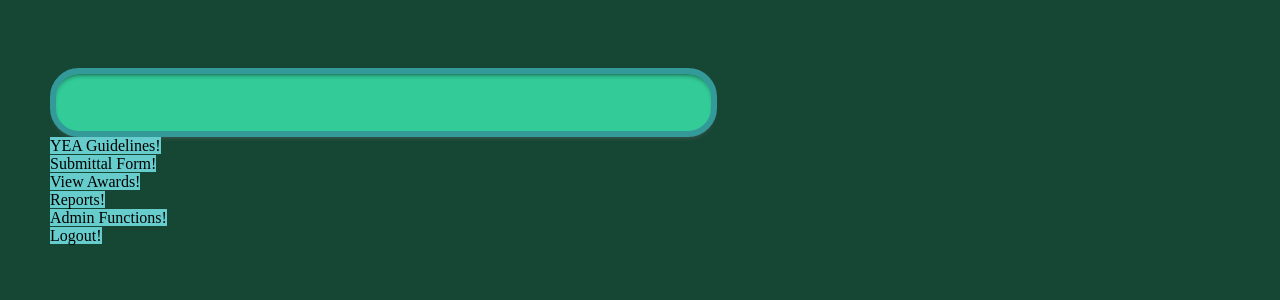
Repository: prajaktamore/Web-Based-Programming-3
Page: http://localhost/BinaryCalculator/entranceAdmin.jsp
An editor plug-in stored every save of this project. The page is shown before and after the next save, followed by the edit.
The browser window is 1280 px wide. The pictures show the whole page.
The page is served by Tomcat 9.

Above is the page before, as saved 2014-05-03 04:42:47.

After the next save:
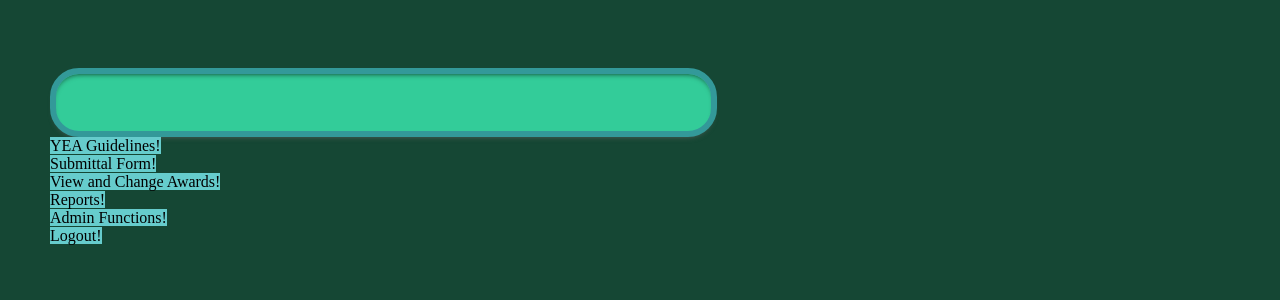
Saved 10 min 21 s later.
--- a/BinaryCalculator/WebContent/entranceAdmin.jsp
+++ b/BinaryCalculator/WebContent/entranceAdmin.jsp
@@ -12,9 +12,10 @@
 <br><input type="text" readonly="readonly" value="${sessionScope.username}" style ="background: #33CC99; height:55px; width: 600px;text-align:right;font-size:35px; border-radius: 2em; border:6px solid #339999;border-radius:29px; color: #fff; padding-left: 1.5em; outline: none; box-shadow: 0 4px 6px -5px hsl(0, 0%, 40%), inset 0px 4px 6px -5px hsl(0, 0%, 2%)">
 <br><a href="/BinaryCalculator/yeaGuidelines.jsp">YEA Guidelines!</a>
 <br><a href="/BinaryCalculator/submittal.jsp">Submittal Form!</a>
-<br><a href="/BinaryCalculator/viewAwards.jsp">View Awards!</a>
+<br><a href="/BinaryCalculator/AdminAwardChange.jsp">View and Change Awards!</a>
 <br><a href="/BinaryCalculator/Reports.jsp">Reports!</a>
 <br><a href="/BinaryCalculator/functions.jsp">Admin Functions!</a>
+
 <br><a href="/BinaryCalculator/Login.jsp">Logout!</a>
 </body>
 </body>
